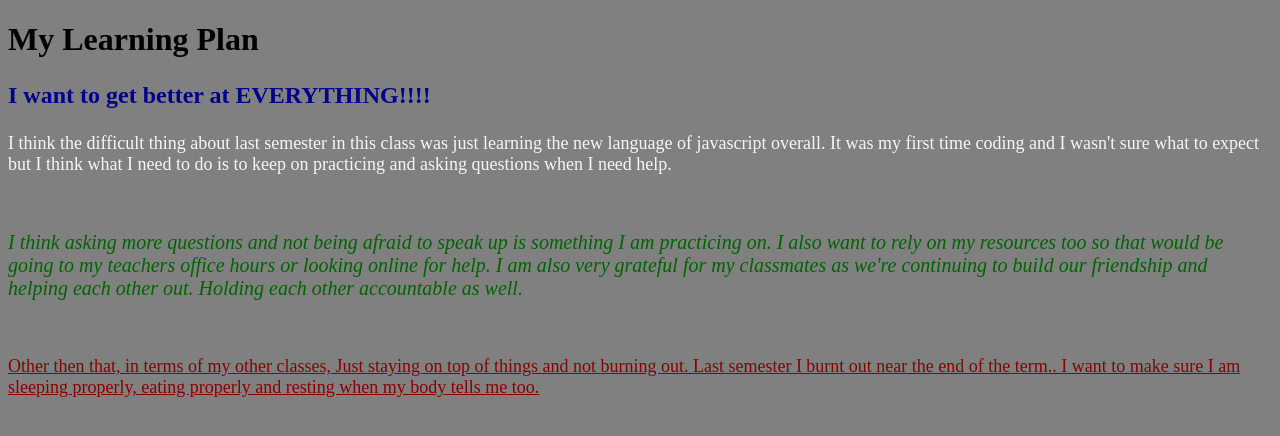
Repository: boofoo-png/mdia-2109
Page: Lab 3/learning-plan.html
An editor plug-in stored every save of this project. The page is shown before and after the next save, followed by the edit.
The browser window is 1280 px wide. The pictures show the whole page.

Above is the page before, as saved 2026-02-02 11:15:27.

### Lab 3/learning-plan.html
<!doctype html>
<html lang="en">
    <head>
        <meta charset="UTF-8" />
        <meta name="viewport" content="width=device-width, initial-scale=1.0" />
        <title>Learning Plan</title>
        <link rel="stylesheet" href="styles.css" />
    </head>
    <body>
        <h1>My Learning Plan</h1>
        <p class="title">I want to get better at EVERYTHING!!!!</p>
        <p class="intro">
            I think the difficult thing about last semester in this class was
            just learning the new language of javascript overall. It was my
            first time coding and I wasn't sure what to expect but I think what
            I need to do is to keep on practicing and asking questions when I
            need help.
        </p>
        <br />
        <p class="maingoal">
            I think asking more questions and not being afraid to speak up is
            something I am practicing on. I also want to rely on my resources
            too so that would be going to my teachers office hours or looking
            online for help. I am also very grateful for my classmates as we're
            continuing to build our friendship and helping each other out.
            Holding each other accountable as well.
        </p>
        <br />
        <p class="ending">
            Other then that, in terms of my other classes, Just staying on top
            of things and not burning out. Last semester I burnt out near the
            end of the term.. I want to make sure I am sleeping properly, eating
            properly and resting when my body tells me too.
        </p>
    </body>
</html>

### Lab 3/styles.css
h1{

}


p.title {
    font-size: 24px;
    font-weight: bold;
    color: darkblue;
}

p.intro {
    font-size: 18px;
    color: whitesmoke;
}

p.maingoal {
    font-size: 20px;
    font-style: italic;
    color: darkgreen;
}

p.ending {
    font-size: 18px;
    text-decoration: underline;
    color: darkred;
}

body {
    background-color: grey;
}

After the next save:
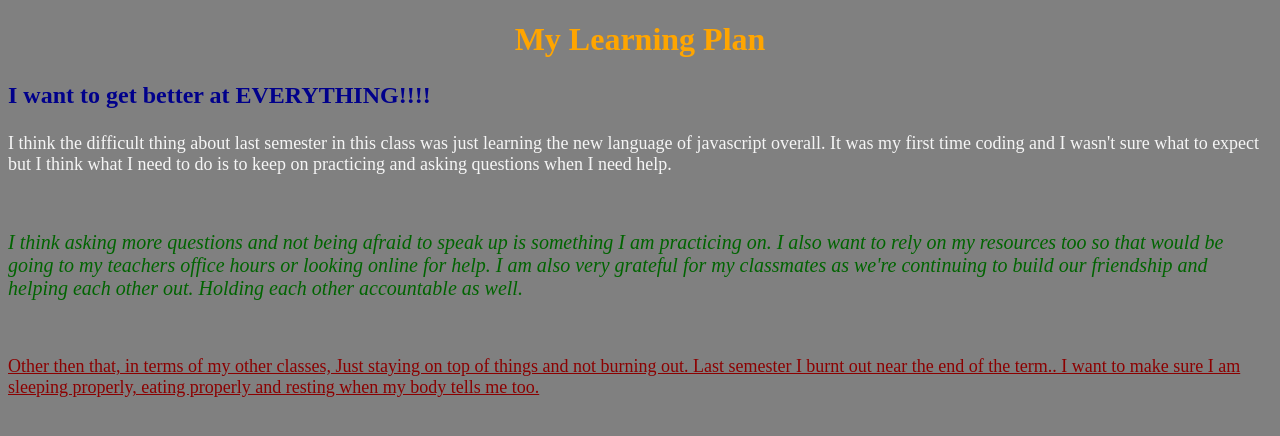
Saved 9 s later.
--- a/Lab 3/styles.css
+++ b/Lab 3/styles.css
@@ -1,7 +1,8 @@
-h1{
-
+h1 {
+    color: orange;
+    text-align: center;
+    justify-content: center;
 }
-
 
 p.title {
     font-size: 24px;
